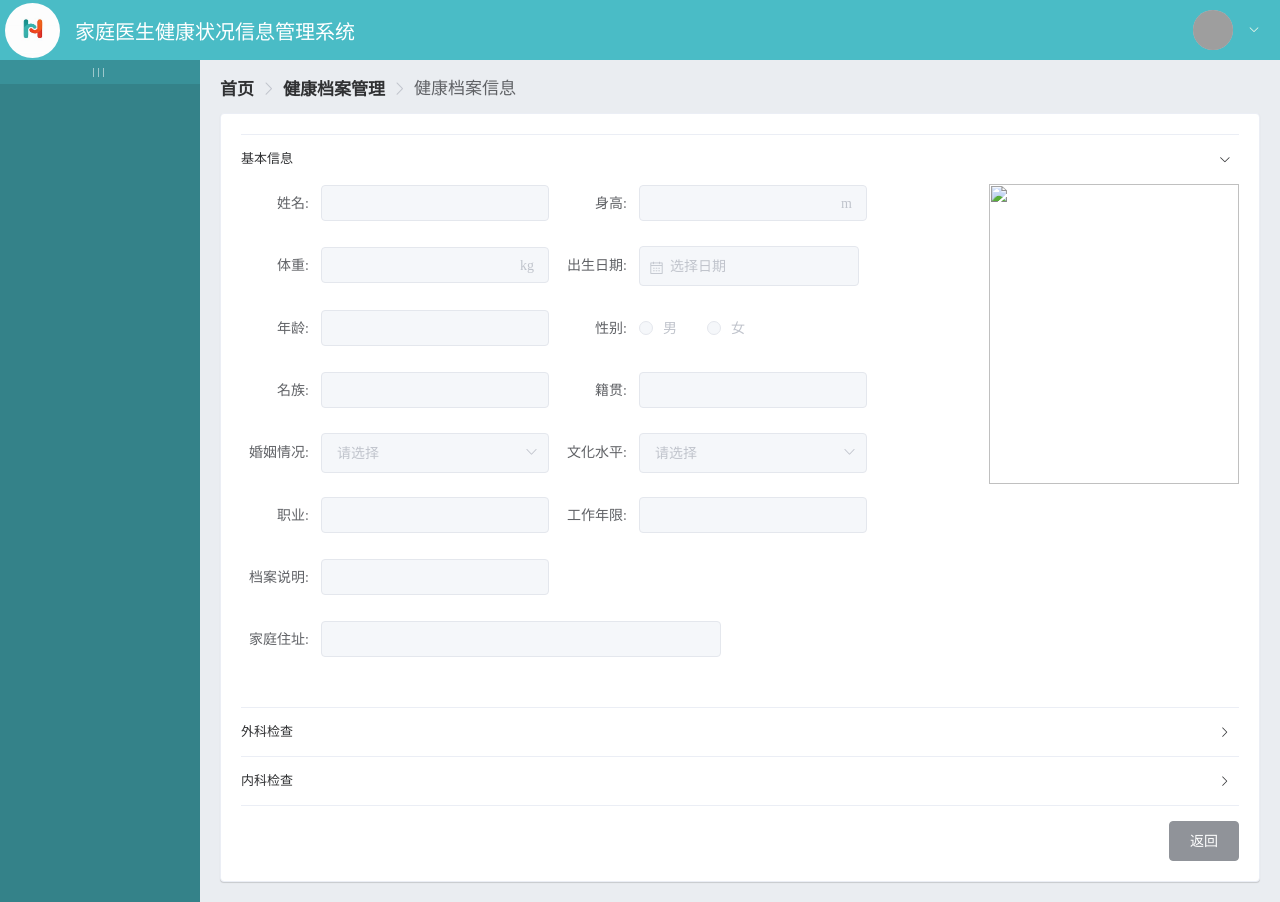
Repository: hyyBubbly/community-web-vue
Page: /#/healthyInfo (app in community/)
These files come from the project's save history. The page is drawn as it stood at one moment and after the next save; the edit follows.
The browser window is 1280 px wide. The pictures show the whole page.
Pictures or frames that could not be fetched are drawn as grey boxes. The page's requests for data from a server got no answer. The project was rebuilt for these pictures with package versions that can differ from the ones it lists, and the page was loaded fresh each time. No one was signed in, and anything a server would have sent is missing. Also part of the build but not shown: community/vue.config.js, community/src/components/Login.vue, community/src/components/Welcome.vue, community/src/components/User/UserList.vue, community/src/components/admin/WorkerList.vue, community/src/components/community/CommunityList.vue, community/src/components/healthfiles/HealthyData.vue, community/src/components/healthfiles/Healthiness.vue and 13 more.

Above is the page before, as saved 2024-02-01 21:50:32.

### community/src/App.vue
<template>
  <div id="app">
    <router-view></router-view>
  </div>
</template>
<script>
  // export default {
  //   name: 'App',
  //   provide(){
  //     return {
  //       reload: this.reload
  //     }
  //   },
  //   data(){
  //     return {
  //       isRouterAlive: true
  //     }
  //   },
  //   methods:{
  //     reload() {
  //       this.isRouterAlive = false;
  //       this.$nextTick(function (){
  //         this.isRouterAlive = true
  //       })
  //     }
  //   }
  // }
</script>
<style>

</style>

### community/src/assets/css/global.css
/* 全局样式 */
HTML,body,#app{
	height: 100%;
	margin: 0;
	padding: 0;
}
/* 卡片区域  !important 提高样式级别*/
.el-card{
	box-shadow: 0 1px 1px rgba(0,8,10,0.15) !important;
}

/*表格样式*/
.el-table{
	margin-top: 15px;
	font-size: 12px;
	min-width: 350px;
}

### community/src/assets/font/iconfont.css
@font-face {
  font-family: "iconfont"; /* Project id 3270408 */
  src: url('iconfont.woff2?t=1652753196788') format('woff2'),
       url('iconfont.woff?t=1652753196788') format('woff'),
       url('iconfont.ttf?t=1652753196788') format('truetype');
}

.iconfont {
  font-family: "iconfont" !important;
  font-size: 16px;
  font-style: normal;
  -webkit-font-smoothing: antialiased;
  -moz-osx-font-smoothing: grayscale;
}

.icon-huoyuedu:before {
  content: "\e607";
}

.icon-xiaoqushu:before {
  content: "\e6df";
}

.icon-fangwenliang:before {
  content: "\e646";
}

.icon-duzheliuyan:before {
  content: "\e604";
}

.icon-hudongshequ:before {
  content: "\e62f";
}

.icon-huoyueshu:before {
  content: "\e702";
}

.icon-community:before {
  content: "\e61c";
}

.icon-shujujiance:before {
  content: "\e683";
}

.icon-huzhu:before {
  content: "\e778";
}

.icon-denglu:before {
  content: "\e603";
}

.icon-mima:before {
  content: "\e65c";
}

.icon-gouwuche:before {
  content: "\e600";
}

.icon-2jiankangzhishi:before {
  content: "\e622";
}

.icon-huodong:before {
  content: "\e630";
}

.icon-canyinguanli:before {
  content: "\e624";
}

.icon-huodong1:before {
  content: "\e870";
}

.icon-jiankangdanganx:before {
  content: "\e60d";
}

.icon-yiliaohuzhu:before {
  content: "\e686";
}

.icon-yonghu:before {
  content: "\e633";
}

.icon-guanliyuan:before {
  content: "\e62a";
}

.icon-guanliyuan1:before {
  content: "\e681";
}

.icon-menu_lrkh:before {
  content: "\e656";
}

.icon-shequ:before {
  content: "\e663";
}

### community/src/components/healthfiles/HealthyInfo.vue
<template>
  <div>
    <el-breadcrumb separator-class="el-icon-arrow-right">
      <el-breadcrumb-item :to="{path:'/home'}">首页</el-breadcrumb-item>
      <el-breadcrumb-item :to="{path:'/files'}">健康档案管理</el-breadcrumb-item>
      <el-breadcrumb-item >健康档案信息</el-breadcrumb-item>
    </el-breadcrumb>
    <el-card>
      <el-collapse v-model="activeName">
        <el-collapse-item title="基本信息" name="1">
          <el-container style="width: 100%;margin: 0">
            <el-form ref="HealthyFormRef" :model="HealthyForm" label-width="80px" :inline="true" class="demo-form-inline"
                     style="width: 80%">
              <!-- <el-form-item label="姓名:">
                <el-select placeholder="请选择老人" v-model="HealthyForm.olderId" @change="getOlderInfo(HealthyForm.olderId)"
                           clearable filterable :disabled="isEdit">
                  <el-option
                      v-for="item in olderDrop"
                      :key="item.olderId"
                      :label="item.olderName"
                      :value="item.olderId">
                  </el-option>
                </el-select>
              </el-form-item> -->
              <!-- <el-form-item label="姓名:">
                <el-select v-model="HealthyForm.userId" filterable clearable disabled>
                  <el-option
                      v-for="item in userList"
                      :key="item.userId"
                      :label="item.username"
                      :value="item.userId">
                  </el-option>
                </el-select>
              </el-form-item> -->
              <el-form-item label="姓名:">
                <el-input v-model="HealthyForm.username" size="medium" clearable :disabled="isDisable">
                </el-input>
              </el-form-item>
              <el-form-item label="身高:">
                <el-input v-model="HealthyForm.height" size="medium" clearable :disabled="isDisable">
                  <i slot="suffix" style="font-style: normal; margin-right: 10px"
                  >m</i>
                </el-input>
              </el-form-item>
              <el-form-item label="体重:">
                <el-input v-model="HealthyForm.weight" size="medium" clearable :disabled="isDisable">
                  <i slot="suffix" style="font-style: normal; margin-right: 10px"
                  >kg</i>
                </el-input>
              </el-form-item>
              <el-form-item label="出生日期:">
                <el-date-picker
                    v-model="HealthyForm.birthday"
                    type="date"
                    placeholder="选择日期" disabled>
                </el-date-picker>
              </el-form-item>
              <el-form-item label="年龄:" prop = "olderAge">
                <el-input v-model="HealthyForm.age" size="medium" clearable disabled></el-input>
              </el-form-item>
              <el-form-item label="性别:" prop="sex" style="width: 32%">
                <el-radio v-model="HealthyForm.sex" label="0" disabled>男</el-radio>
                <el-radio v-model="HealthyForm.sex" label="1" disabled>女</el-radio>
              </el-form-item>
              <el-form-item label="名族:" prop = "nation">
                <el-input v-model="HealthyForm.nation" size="medium" clearable :disabled="isEdit"></el-input>
              </el-form-item>
              <el-form-item label="籍贯:" prop = "nativePlace">
                <el-input v-model="HealthyForm.nativePlace" size="medium" clearable :disabled="isEdit"></el-input>
              </el-form-item>
              <el-form-item label="婚姻情况:">
                <el-select v-model="HealthyForm.maritalStatus" filterable clearable :disabled="isDisable">
                  <el-option
                      v-for="item in maritalList"
                      :key="item.maritalStatus"
                      :label="item.marital"
                      :value="item.maritalStatus">
                  </el-option>
                </el-select>
              </el-form-item>
              <el-form-item label="文化水平:">
                <el-select v-model="HealthyForm.educationLevel" filterable clearable :disabled="isEdit">
                  <el-option
                      v-for="item in educationList"
                      :key="item.educationLevel"
                      :label="item.education"
                      :value="item.educationLevel">
                  </el-option>
                </el-select>
              </el-form-item>
              <el-form-item label="职业:">
                <el-input v-model="HealthyForm.career" size="medium" clearable :disabled="isDisable"></el-input>
              </el-form-item>
              <el-form-item label="工作年限:">
                <el-input v-model="HealthyForm.workYear" size="medium" clearable :disabled="isDisable"></el-input>
              </el-form-item>
              <el-form-item label="档案说明:">
                <el-input v-model="HealthyForm.files" size="medium" clearable :disabled="isDisable"></el-input>
              </el-form-item>
              <el-form-item label="家庭住址:">
                <el-input v-model="HealthyForm.address" size="medium" clearable disabled style="width: 400px;"></el-input>
              </el-form-item>
            </el-form>
            <img :src="HealthyForm.photo" style="height: 300px; width: 250px;" alt="">
          </el-container>
        </el-collapse-item>
        <el-collapse-item title="外科检查" name="2">
          <el-container style="width: 100%;margin: 0">
            <el-form ref="surgeryFormRef" :model="surgeryForm" label-width="80px" :inline="true" class="demo-form-inline"
                     style="width: 80%">
              <el-form-item label="皮肤:">
                <el-input v-model="surgeryForm.skin" size="medium" clearable :disabled="isDisable"></el-input>
              </el-form-item>
              <el-form-item label="淋巴:">
                <el-input v-model="surgeryForm.lymph" size="medium" clearable :disabled="isDisable"></el-input>
              </el-form-item>
              <el-form-item label="甲状腺:">
                <el-input v-model="surgeryForm.thyroid" size="medium" clearable :disabled="isDisable"></el-input>
              </el-form-item>
              <el-form-item label="脊柱:">
                <el-input v-model="surgeryForm.spine" size="medium" clearable :disabled="isDisable"></el-input>
              </el-form-item>
              <el-form-item label="四肢:">
                <el-input v-model="surgeryForm.limb" size="medium" clearable :disabled="isDisable"></el-input>
              </el-form-item>
              <el-form-item label="关节:">
                <el-input v-model="surgeryForm.joint" size="medium" clearable :disabled="isDisable"></el-input>
              </el-form-item>
              <el-form-item label="头部:">
                <el-input v-model="surgeryForm.head" size="medium" clearable :disabled="isDisable"></el-input>
              </el-form-item>
              <el-form-item label="眼睛:">
                <el-input v-model="surgeryForm.eye" size="medium" clearable :disabled="isDisable"></el-input>
              </el-form-item>
              <el-form-item label="耳朵:">
                <el-input v-model="surgeryForm.ears" size="medium" clearable :disabled="isDisable"></el-input>
              </el-form-item>
              <el-form-item label="鼻子:">
                <el-input v-model="surgeryForm.nose" size="medium" clearable :disabled="isDisable"></el-input>
              </el-form-item>
              <el-form-item label="口腔:">
                <el-input v-model="surgeryForm.oralCavity" size="medium" clearable :disabled="isDisable"></el-input>
              </el-form-item>
              <el-form-item label="咽喉:">
                <el-input v-model="surgeryForm.throat" size="medium" clearable :disabled="isDisable"></el-input>
              </el-form-item>
              <el-form-item label="外科医生:">
                <el-select placeholder="请选择医生" v-model="surgeryForm.workId"
                           clearable filterable :disabled="isDisable">
                  <el-option
                      v-for="item in workDrop"
                      :key="item.workId"
                      :label="item.workName"
                      :value="item.workId">
                  </el-option>
                </el-select>
<!--                <el-input v-model="surgeryForm.surgeon" size="medium" clearable :disabled="isDisable"></el-input>-->
              </el-form-item>
            </el-form>
          </el-container>
        </el-collapse-item>
        <el-collapse-item title="内科检查" name="3">
          <el-container style="width: 100%;margin: 0">
            <el-form ref="internalFormRef" :model="internalForm" label-width="80px" :inline="true" class="demo-form-inline"
                     style="width: 80%">
              <el-form-item label="心率:">
                <el-input v-model="internalForm.heartRate" size="medium" clearable :disabled="isDisable">
                  <i slot="suffix" style="font-style: normal; margin-right: 10px">BPM</i>
                </el-input>
              </el-form-item>
              <el-form-item label="血压:">
                <el-input v-model="internalForm.bloodPressure" size="medium" clearable :disabled="isDisable">
                  <i slot="suffix" style="font-style: normal; margin-right: 10px">mmhg</i>
                </el-input>
              </el-form-item>
              <el-form-item label="血糖:">
                <el-input v-model="internalForm.bloodSugar" size="medium" clearable :disabled="isDisable">
                  <i slot="suffix" style="font-style: normal; margin-right: 10px">mmol/L</i>
                </el-input>
              </el-form-item>
              <el-form-item label="血脂:">
                <el-input v-model="internalForm.bloodFat" size="medium" clearable :disabled="isDisable">
                  <i slot="suffix" style="font-style: normal; margin-right: 10px">mmol/L</i>
                </el-input>
              </el-form-item>
              <el-form-item label="脉搏:">
                <el-input v-model="internalForm.pulse" size="medium" clearable :disabled="isDisable">
                  <i slot="suffix" style="font-style: normal; margin-right: 10px">BPM</i>
                </el-input>
              </el-form-item>
              <el-form-item label="肝功能:">
                <el-input v-model="internalForm.liverFunction" size="medium" clearable :disabled="isDisable"></el-input>
              </el-form-item>
              <el-form-item label="肾功能:">
                <el-input v-model="internalForm.renalFunction" size="medium" clearable :disabled="isDisable"></el-input>
              </el-form-item>
              <el-form-item label="血常规:">
                <el-input v-model="internalForm.bloodRoutine" size="medium" clearable :disabled="isDisable">
                  <i slot="suffix" style="font-style: normal; margin-right: 10px">g/L</i>
                </el-input>
              </el-form-item>
              <el-form-item label="尿常规:">
                <el-input v-model="internalForm.urinalysis" size="medium" clearable :disabled="isDisable">
                  <i slot="suffix" style="font-style: normal; margin-right: 10px">umol/L</i>
                </el-input>
              </el-form-item>
              <el-form-item label="内科医生:">
                <el-select placeholder="请选择医生" v-model="internalForm.workId"
                           clearable filterable :disabled="isDisable">
                  <el-option
                      v-for="item in workDrop"
                      :key="item.workId"
                      :label="item.workName"
                      :value="item.workId">
                  </el-option>
                </el-select>
<!--                <el-input v-model="internalForm.physician" size="medium" clearable :disabled="isDisable"></el-input>-->
              </el-form-item>
            </el-form>
          </el-container>
        </el-collapse-item>
      </el-collapse>
      <div style="margin-top: 15px;text-align: right" v-if="token === '2'">
        <el-button type="primary" @click="isDisable = false" v-if="isDisable">编辑</el-button>
        <el-button type="primary" @click="addHealthy" v-else-if="isDisable === false && isEdit === false">添加</el-button>
        <el-button type="primary" @click="updateHealthy" v-else>保存</el-button>
      </div>
      <div style="margin-top: 15px;text-align: right" v-else>
        <el-button type="info" class = "blue-button" @click="Back">返回</el-button>
      </div>

    </el-card>
  </div>
</template>
<script>


export default {
  name: 'HealthyInfo',
  data() {
    return {
      token:"",
      HealthyForm:{
        id:0,
		    photo:"",
		    olderId:"",
		    username:"",
		    userId:"",
		    height:"",
		    weight:"",
		    birthday:"",
		    olderAge:"",
		    sex:"",
        nation:"",
        nativePlace:"",
        maritalStatus:"",
        educationLevel:"",
        career:"",
        workYear:"",
        address:"",
        workName:"",
        workId:"",
        communityName:"",
        communityCd:"",
      },
      surgeryForm:{
        skin:"",
        lymph:"",
        thyroid:"",
        spine:"",
        limb:"",
        joint:"",
        head:"",
        eye:"",
        ears:"",
        nose:"",
        oralCavity:"",
        throat:"",
        surgeon:""
      },
      internalForm:{
        heartRate:"",
        bloodPressure:"",
        bloodSugar:"",
        bloodFat:"",
        pulse:"",
        liverFunction:"",
        renalFunction:"",
        bloodRoutine:"",
        urinalysis:"",
        CDultrasound:"",
        physician:""
      },
      activeName:'1',
      userList:[],
      olderDrop:[],
      maritalList:[
        {maritalStatus:'0', marital:'未婚'},
        {maritalStatus:'1', marital:'已婚'},
        {maritalStatus:'2', marital:'离异'},
      ],
      educationList:[
        {educationLevel:"0",education:"文盲"},
        {educationLevel:"1",education:"小学"},
        {educationLevel:"2",education:"中学"},
        {educationLevel:"3",education:"大学"},
        {educationLevel:"4",education:"硕士"},
        {educationLevel:"5",education:"博士"},
      ],
      olderList:[],
      workDrop:[],
      isDisable:false,
      isEdit:false,
    }
  },
  created() {
    this.selectWorkDrop();
    this.selectOlderDrop();
    // this.selectUserList();
    this.getHealthyInfo();
    this.getSurgeryInfo();
	  this.getInternalInfo();
    this.changeIsDisabled();
  },
  methods:{
    async getUserInfo(){
      const {data:res} = await this.$http.get("/older/olderInfo?id="+ window.sessionStorage.getItem("id"));
      this.HealthyForm.userId = res.userId;
      this.HealthyForm.sex = res.sex;
      this.HealthyForm.age = res.age;
      this.HealthyForm.address = res.address + ',' + res.communityName;
      this.HealthyForm.birthday = res.birthday;
      this.HealthyForm.photo = require("@/" + res.photo);
    },
    async selectOlderDrop(){
      const{data:res} = await this.$http.get("/healthy/olderDrop");
      this.olderDrop = res;
      // 找用户名字
      this.HealthyForm.username = this.olderDrop[0].username;
      // 找用户其他信息
      this.getUserInfo();
    },

    async selectWorkDrop(){
      const{data:res} = await this.$http.get("/healthy/workDrop");
      this.workDrop = res;
    },

    changeIsDisabled(){
      this.token = window.sessionStorage.getItem("roleId")
      if(this.$route.query.isAdd === 'false'){
        this.isDisable = false;
        this.isEdit = false;
      }else{
        this.isDisable = true;
        this.isEdit = true;
      }

    },
    //获取健康档案基本信息
    async getHealthyInfo(){
        const{data:res} = await this.$http.get("/healthy/healthyInfo?id=" + this.$route.query.id);
        this.HealthyForm.olderId = res.olderId;
        this.HealthyForm.userId = res.userId;
        this.HealthyForm.height = res.height;
        this.HealthyForm.weight = res.weight;
        this.HealthyForm.birthday = res.birthday;
        this.HealthyForm.age = res.age;
        this.HealthyForm.sex = res.sex;
        this.HealthyForm.nation = res.nation;
        this.HealthyForm.nativePlace = res.nativePlace;
        this.HealthyForm.maritalStatus = res.maritalStatus;
        this.HealthyForm.educationLevel = res.educationLevel;
        this.HealthyForm.career = res.career;
        this.HealthyForm.workYear = res.workYear;
        this.HealthyForm.address = res.address;
        this.HealthyForm.files = res.files;
		    this.HealthyForm.photo = require("@/" + res.photo);
		//this.HealthyForm = res;
    },
    //获取外科信息
    async getSurgeryInfo(){
      const{data:res} = await this.$http.get("/healthy/surgeryInfo?id=" + this.$route.query.id)
      this.surgeryForm = res;
    },

	//获取内科信息
	async getInternalInfo(){
		const{data:res} = await this.$http.get("/healthy/internalInfo?id="  + this.$route.query.id)
		this.internalForm = res;
	},
    Back(){
      this.$router.push({path:'/files'})
    },
	//监护人下拉框
    async selectUserList(){
      const {data:res} = await this.$http.get("/older/userList")
      this.userList = res;
    },

	//修改信息
	async updateHealthy(){
		const paramForm = Object.assign(this.HealthyForm,this.surgeryForm,this.internalForm);
    paramForm.id = window.sessionStorage.getItem("id")
		const {data:res} = await this.$http.post("/healthy/updateInfo",paramForm)
		if(res !== "success"){
			return this.$message.error("修改失败！！！");
		}
		this.$message.success("修改成功！！！");
		await this.getHealthyInfo();
		await this.getSurgeryInfo();
		await this.getInternalInfo();
		this.isDisable = !this.isDisable;
	  },
    //添加
    async addHealthy(){
      const paramForm = Object.assign(this.HealthyForm,this.surgeryForm,this.internalForm);
      paramForm.createId = window.sessionStorage.getItem("id")
      const {data:res} = await this.$http.post("/healthy/insertInfo",paramForm)
      if(res !== "success"){
        return this.$message.error("添加失败！！！");
      }
      this.$message.success("添加成功！！！");
      await this.$router.push("/files");
    }
  }
}
</script>
<style lang="less" scoped>
.el-breadcrumb{
  margin-bottom: 15px;
  font-size: 17px;
}
</style>

Loaded but not shown: community/public/index.html (common file); community/src/plugins/element.js (common file); community/src/router/index.js (149 lines, source omitted); community/src/main.js (29 lines, source omitted); community/src/components/Home.vue (271 lines, source omitted)

After the next save:
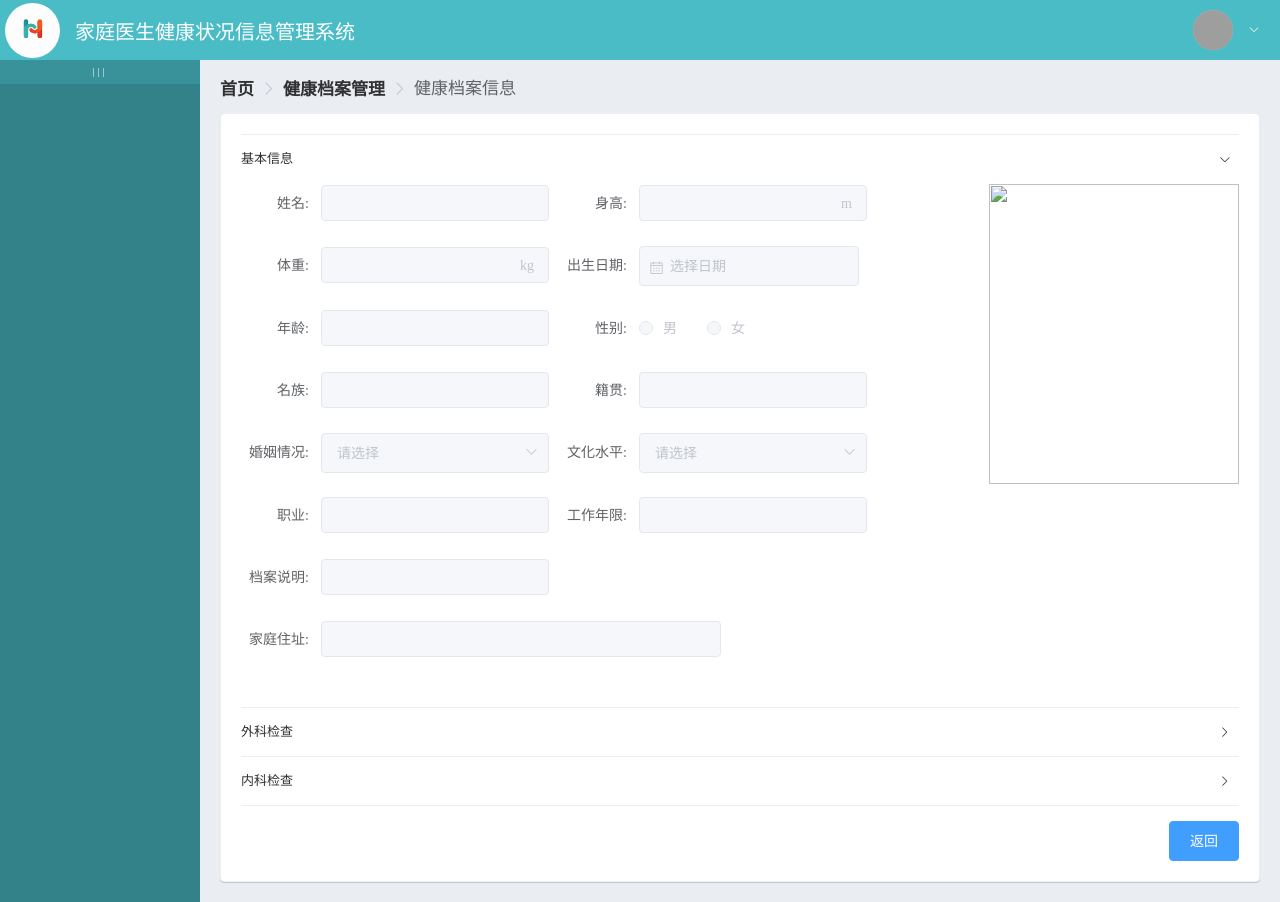
Saved 100 s later.
--- a/community/src/components/healthfiles/HealthyInfo.vue
+++ b/community/src/components/healthfiles/HealthyInfo.vue
@@ -226,7 +226,7 @@
         <el-button type="primary" @click="updateHealthy" v-else>保存</el-button>
       </div>
       <div style="margin-top: 15px;text-align: right" v-else>
-        <el-button type="info" class = "blue-button" @click="Back">返回</el-button>
+        <el-button type="primary" @click="Back">返回</el-button>
       </div>
 
     </el-card>
